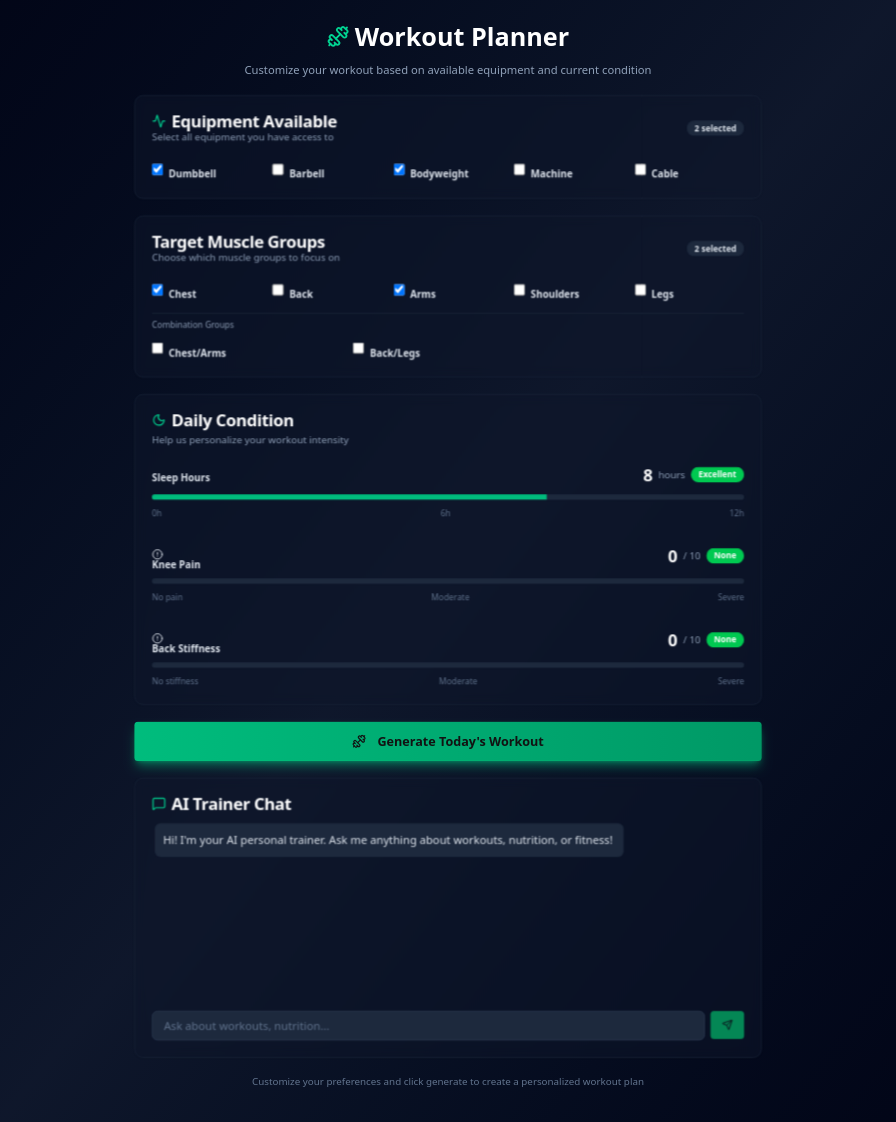
Repository: Ndegwa2/trainer
Page: / (app in frontend/)
The author's editor kept a copy of each file at every save. The page is drawn from the files as they stood at one save, then again after the next save.
The browser window is 1280 px wide. The pictures show the whole page, at 70% of full size.
The project was rebuilt for these pictures with package versions that can differ from the ones it lists, and the page was loaded fresh each time. Also part of the build but not shown: frontend/vite.config.js.

Above is the page before, as saved 2026-03-04 19:24:22.

After the next save:
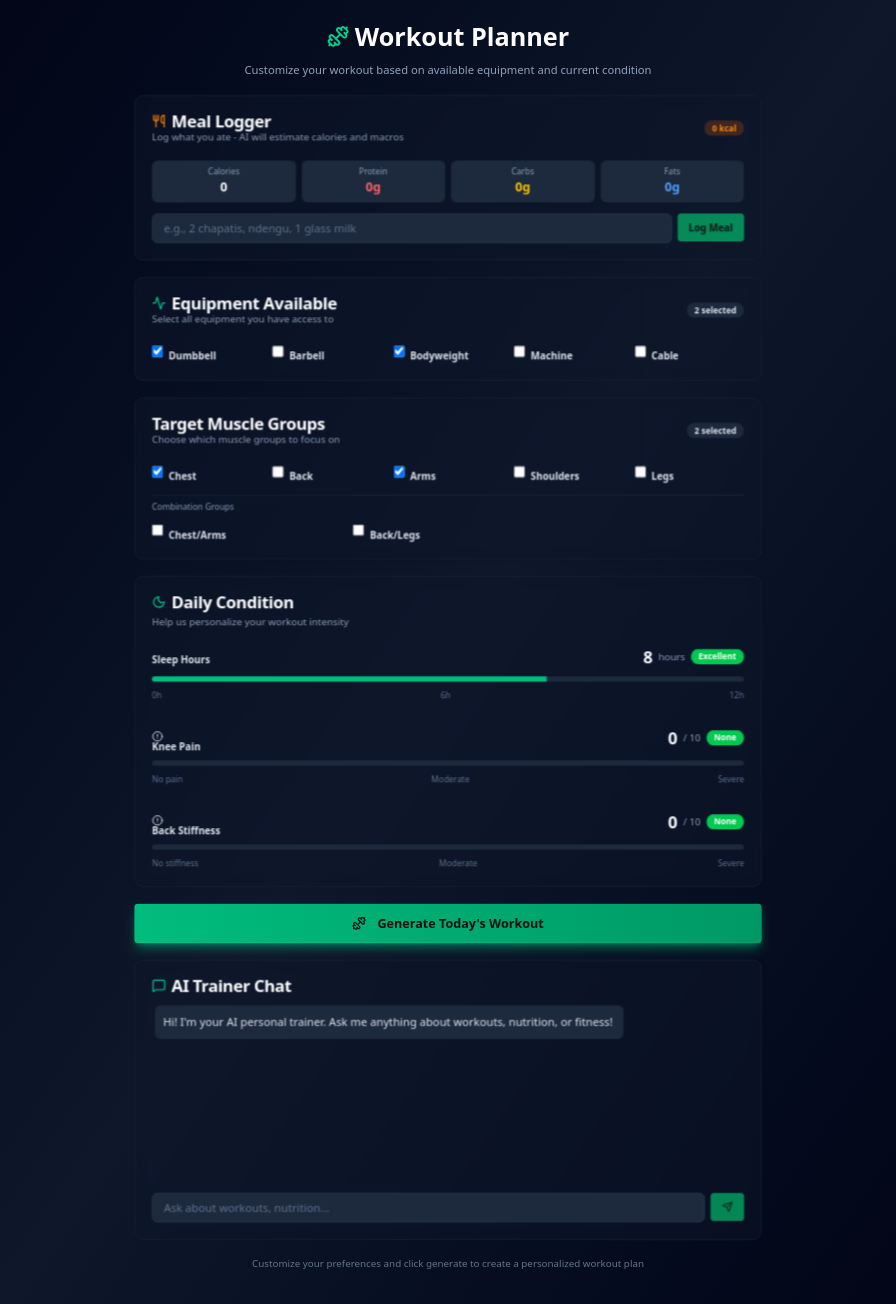
Saved 3 min 56 s later.
--- a/frontend/src/App.jsx
+++ b/frontend/src/App.jsx
@@ -1,6 +1,6 @@
 import React, { useState, useRef } from 'react';
 import axios from 'axios';
-import { Dumbbell, Activity, Moon, AlertCircle, Send, MessageSquare } from 'lucide-react';
+import { Dumbbell, Activity, Moon, AlertCircle, Send, MessageSquare, Utensils } from 'lucide-react';
 import { Card, CardContent, CardDescription, CardHeader, CardTitle } from './components/ui/card';
 import { Checkbox } from './components/ui/checkbox';
 import { Label } from './components/ui/label';
@@ -29,6 +29,12 @@ function App() {
   const [chatInput, setChatInput] = useState('');
   const [isChatLoading, setIsChatLoading] = useState(false);
   const chatEndRef = useRef(null);
+
+  // Meal logging state
+  const [mealInput, setMealInput] = useState('');
+  const [dailyTotal, setDailyTotal] = useState({ calories: 0, protein: 0, carbs: 0, fats: 0 });
+  const [isMealLoading, setIsMealLoading] = useState(false);
+  const [lastMeal, setLastMeal] = useState(null);
 
   // Convert array equipment to object for UI
   const [equipmentState, setEquipmentState] = useState({
@@ -169,6 +175,31 @@ function App() {
     }
   };
 
+  const handleMealSubmit = async () => {
+    if (!mealInput.trim() || isMealLoading) return;
+
+    setIsMealLoading(true);
+    try {
+      const response = await axios.post('http://localhost:5000/api/log-meal', {
+        mealDescription: mealInput
+      });
+      const mealData = response.data;
+      setLastMeal(mealData);
+      setDailyTotal(prev => ({
+        calories: prev.calories + (mealData.calories || 0),
+        protein: prev.protein + (mealData.protein || 0),
+        carbs: prev.carbs + (mealData.carbs || 0),
+        fats: prev.fats + (mealData.fats || 0)
+      }));
+      setMealInput('');
+    } catch (err) {
+      console.error("Meal logging error:", err);
+      alert("Failed to log meal. Make sure the server is running!");
+    } finally {
+      setIsMealLoading(false);
+    }
+  };
+
   const getSelectedCount = (obj) => {
     return Object.values(obj).filter(Boolean).length;
   };
@@ -198,6 +229,74 @@ function App() {
           </div>
           <p className="text-slate-400">Customize your workout based on available equipment and current condition</p>
         </div>
+
+        {/* Meal Logger */}
+        <Card className="bg-slate-900/50 border-slate-800 backdrop-blur">
+          <CardHeader>
+            <div className="flex items-center justify-between">
+              <div>
+                <CardTitle className="text-white flex items-center gap-2">
+                  <Utensils className="h-5 w-5 text-orange-400" />
+                  Meal Logger
+                </CardTitle>
+                <CardDescription className="text-slate-400">
+                  Log what you ate - AI will estimate calories and macros
+                </CardDescription>
+              </div>
+              <Badge variant="secondary" className="bg-orange-500/20 text-orange-400">
+                {dailyTotal.calories} kcal
+              </Badge>
+            </div>
+          </CardHeader>
+          <CardContent className="space-y-4">
+            <div className="grid grid-cols-4 gap-2 text-center">
+              <div className="p-2 bg-slate-800 rounded-lg">
+                <p className="text-xs text-slate-400">Calories</p>
+                <p className="text-lg font-bold text-white">{dailyTotal.calories}</p>
+              </div>
+              <div className="p-2 bg-slate-800 rounded-lg">
+                <p className="text-xs text-slate-400">Protein</p>
+                <p className="text-lg font-bold text-red-400">{dailyTotal.protein}g</p>
+              </div>
+              <div className="p-2 bg-slate-800 rounded-lg">
+                <p className="text-xs text-slate-400">Carbs</p>
+                <p className="text-lg font-bold text-yellow-400">{dailyTotal.carbs}g</p>
+              </div>
+              <div className="p-2 bg-slate-800 rounded-lg">
+                <p className="text-xs text-slate-400">Fats</p>
+                <p className="text-lg font-bold text-blue-400">{dailyTotal.fats}g</p>
+              </div>
+            </div>
+
+            <div className="flex gap-2">
+              <input
+                type="text"
+                value={mealInput}
+                onChange={(e) => setMealInput(e.target.value)}
+                placeholder="e.g., 2 chapatis, ndengu, 1 glass milk"
+                className="flex-1 px-4 py-2 rounded-lg border border-slate-700 bg-slate-800 text-white placeholder-slate-500 focus:outline-none focus:ring-2 focus:ring-orange-500"
+                onKeyPress={(e) => e.key === 'Enter' && handleMealSubmit()}
+              />
+              <Button
+                onClick={handleMealSubmit}
+                disabled={isMealLoading || !mealInput.trim()}
+                className="bg-orange-500 hover:bg-orange-600"
+              >
+                {isMealLoading ? 'Analyzing...' : 'Log Meal'}
+              </Button>
+            </div>
+
+            {lastMeal && (
+              <div className="p-3 bg-slate-800/50 rounded-lg border border-slate-700">
+                <p className="text-sm text-slate-300">
+                  <span className="font-semibold text-orange-400">{lastMeal.meal}</span>: {lastMeal.calories} kcal
+                  (P: {lastMeal.protein}g | C: {lastMeal.carbs}g | F: {lastMeal.fats}g)
+                </p>
+                <p className="text-xs text-slate-400 mt-1">💡 {lastMeal.advice}</p>
+              </div>
+            )}
+          </CardContent>
+        </Card>
 
         {/* Equipment Available */}
         <Card className="bg-slate-900/50 border-slate-800 backdrop-blur">
